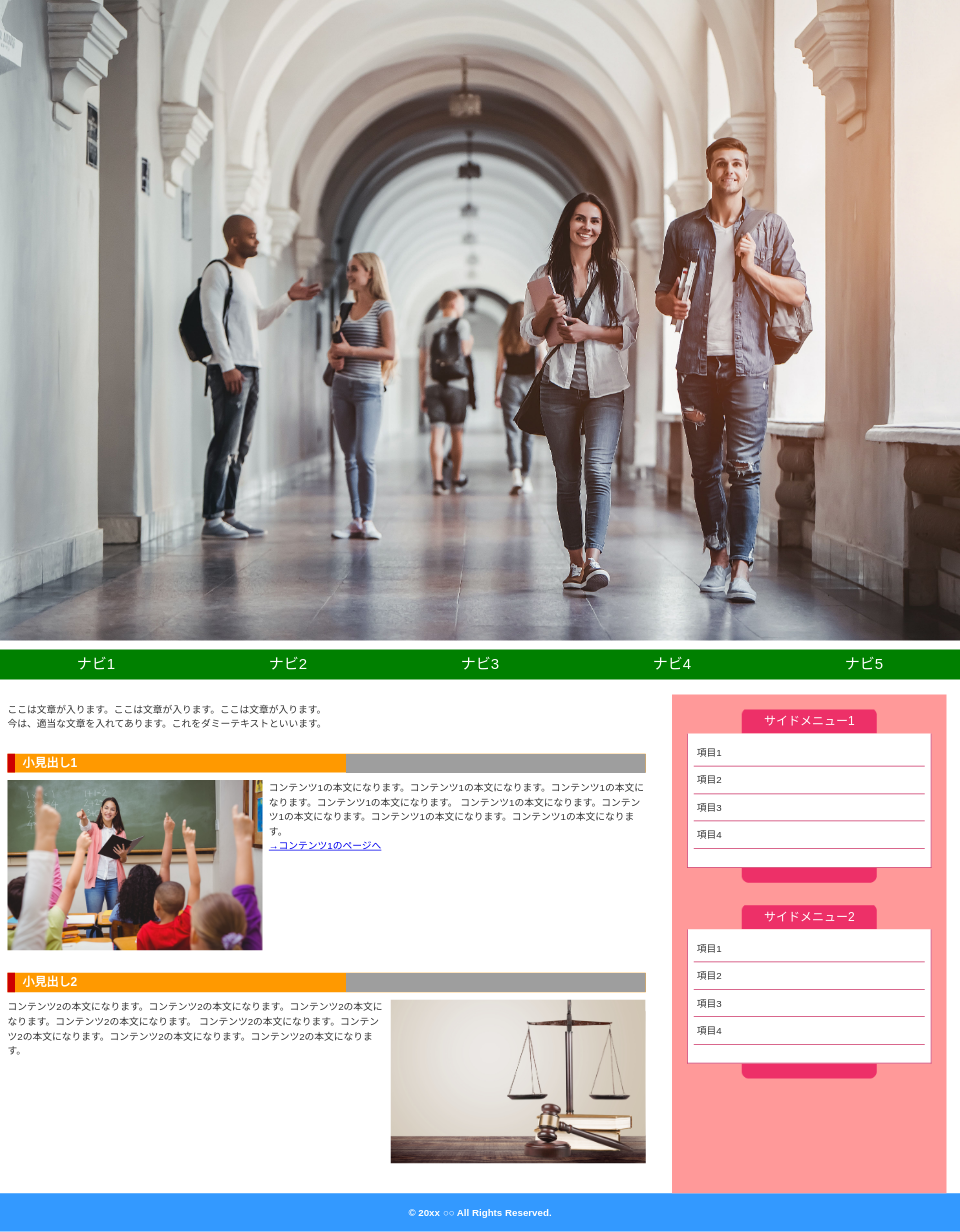
Repository: Yuuki-JP/samurai_HTML-CSS
Page: home.html
The author's editor kept a record of every edit. The page is drawn from the files as they stood at one moment, then again after the next edit.
The browser window is 1280 px wide. The pictures show the whole page, at 75% of full size.
Pictures or frames that could not be fetched are drawn as grey boxes.

Above is the page before.

### home.html
<!DOCTYPE html>
<html lang="ja">
    <head>
        <meta charset="UTF-8">
        <title>HTML/CSSの学習</title>
        <link rel="stylesheet" href="stylesheet.css">
    </head>
    <body>
        <div id="header">
            <h1><a href="index.html"><img id="corridor" src="images/corridor.jpg" alt="大学の廊下" /></a></h1>
        </div>
        <div id="wrapper">
            <div id="nav">
                <ul>
                    <li><a href="home.html">ナビ1</a></li>
                    <li><a href="#">ナビ2</a></li>
                    <li><a href="#">ナビ3</a></li>
                    <li><a href="#">ナビ4</a></li>
                    <li><a href="#">ナビ5</a></li>
                </ul>
            </div>
            <div id="container">
                <div id="main">
                    <div class="post">
                        <p>ここは文章が入ります。ここは文章が入ります。ここは文章が入ります。<br />今は、適当な文章を入れてあります。これをダミーテキストといいます。</p>
                    </div>
                    <div class="post clearfix">
                        <h2>小見出し1</h2>
                        <img class="left" src="images/classroom.jpg" alt="授業風景" />
                        <p>
                            コンテンツ1の本文になります。コンテンツ1の本文になります。コンテンツ1の本文になります。コンテンツ1の本文になります。
                            コンテンツ1の本文になります。コンテンツ1の本文になります。コンテンツ1の本文になります。コンテンツ1の本文になります。
                        </p>
                        <p><a href="#">→コンテンツ1のページへ</a></p>
                    </div>
                    <div class="post clearfix">
                        <h2>小見出し2</h2>
                        <img class="right" src="images/scale.jpg" alt="天秤" />
                        <p>
                            コンテンツ2の本文になります。コンテンツ2の本文になります。コンテンツ2の本文になります。コンテンツ2の本文になります。
                            コンテンツ2の本文になります。コンテンツ2の本文になります。コンテンツ2の本文になります。コンテンツ2の本文になります。
                        </p>
                    </div>
                </div>
                <div id="side">
                    <div class="box">
                        <h2>サイドメニュー1</h2>
                        <div class="boxBody">
                            <ul>
                                <li>項目1</li>
                                <li>項目2</li>
                                <li>項目3</li>
                                <li>項目4</li>
                            </ul>
                        </div>
                    </div>
                    <div class="box">
                        <h2>サイドメニュー2</h2>
                        <div class="boxBody">
                            <ul>
                                <li>項目1</li>
                                <li>項目2</li>
                                <li>項目3</li>
                                <li>項目4</li>
                            </ul>
                        </div>
                    </div>
                </div>
            <!-- </div> -->
        </div>
        <div id="footer">
            <p>&copy; 20xx ○○ All Rights Reserved.</p>
        </div>
    </body>
</html>

### stylesheet.css
@charset "utf-8";

body {
	margin: 0;
	padding: 0;
	font-family: "ヒラギノ角ゴ Pro W3", "Hiragino Kaku Gothic Pro", "メイリオ", Meiryo, Osaka, "ＭＳ Ｐゴシック", "MS PGothic", sans-serif;
	color: #333;
	font-size: 13px;
	line-height: 150%;
}

/* -------------------- wrapper -------------------- */
#wrapper {
	width: 100%;
	margin: auto;
	padding: 0px;
	border: 0px;
	background-color: #FFF;
	top: 10px;
	position: relative;
}

/* -------------------- header -------------------- */
#header {
	width: 100%;
}
#header h1 {
	margin: 0;
	padding: 0;
}

#corridor {
	width: 100%;
	height: auto;
}

/* -------------------- footer -------------------- */
#footer {
	clear: both;
	width: 100%;
	padding: 3px 0 3px 0;
	background: #39F;
	color: #FFF;
	font-weight: bold;
	text-align: center;
}

/* -------------------- nav -------------------- */
#nav {
	width: 100%;
}
#nav ul {
	display: flex;
	margin: 0;
	padding: 0;
	list-style-type: none;
}
#nav ul li {
	width: 20%;
	text-align: center;
}
#nav ul li a {
	display: block;
	height: 20px;
	margin: 0;
	padding: 10px;
	color: #FFF;
	font-size: 20px;
	text-decoration: none;
	background-color: green;
}

#nav ul li a:hover {
	filter: drop-shadow(10px 10px 10px black);
}

/* -------------------- container -------------------- */
#container {
	width: 100%;
	margin: auto ;
	padding: auto;
	padding-top: 20px;
	clear: both;
	display: grid;
	grid-template-columns: 70vw 30vw;
}
/* -------------------- main -------------------- */
#main {
	width: 95%;
	padding: 10px 30px 10px 10px;
}
#main h2 {
	margin: 0 0 10px 0;
	padding: 3px 10px 3px 10px;
	color: #FFF;
	font-size: 16px;
	border-left: solid 10px #C00;
	background: #F90 url(../images/main_h2.jpg) right top repeat-y;
}
#main p {
	margin: 0;
	padding: 0;
}
#main .post {
	margin: 0 0 30px 0;
}

#main .post img.right {
	margin: 0 0 0 8px;
}
#main .post img.left {
	margin: 0 8px 0 0;
}

.right {
	float: right;
	width: 40%;
	height: auto;
}
.left {
	float: left;
	width: 40%;
	height: auto;
}

/* -------------------- clearfix -------------------- */
.clearfix {
	zoom: 1;
}
.clearfix:after{
	content: "";
	display: block;
	clear: both;
}

/* -------------------- side -------------------- */
#side {
	width: 85%;
	padding: 20px;
	background-color: #F99;
}
#side .box {
	margin: 0 auto 30px auto;
	padding: 0 0 20px 0;
	background: url(images/side_box.png) bottom no-repeat;
}
#side .box h2 {
	margin: 0;
	padding: 8px;
	text-align: center;
	color: #fff;
	font-size: 16px;
	line-height: 16px;
	font-weight: normal;
	background: url(images/side_box_h2.png) center no-repeat;
}
#side .box .boxBody {
	padding: 8px;
	border-right: solid 1px #C36;
	border-bottom: solid 1px #C36;
	border-left: solid 1px #C36;
	background: #fff;
}
#side .box .boxBody ul {
	margin: 0 0 16px 0;
	padding: 0;
}
#side .box .boxBody ul li {
	padding: 8px 0 8px 4px;
	list-style: none;
	border-bottom: solid 1px #C36;
}

#side .box .boxBody ul li:hover {
	padding: 8px 0 8px 4px;
	list-style: none;
	border-bottom: solid 1px #C36;
	box-shadow: 0px 4px 4px rgba(0, 0, 0, 0.3);
}

After the next edit:
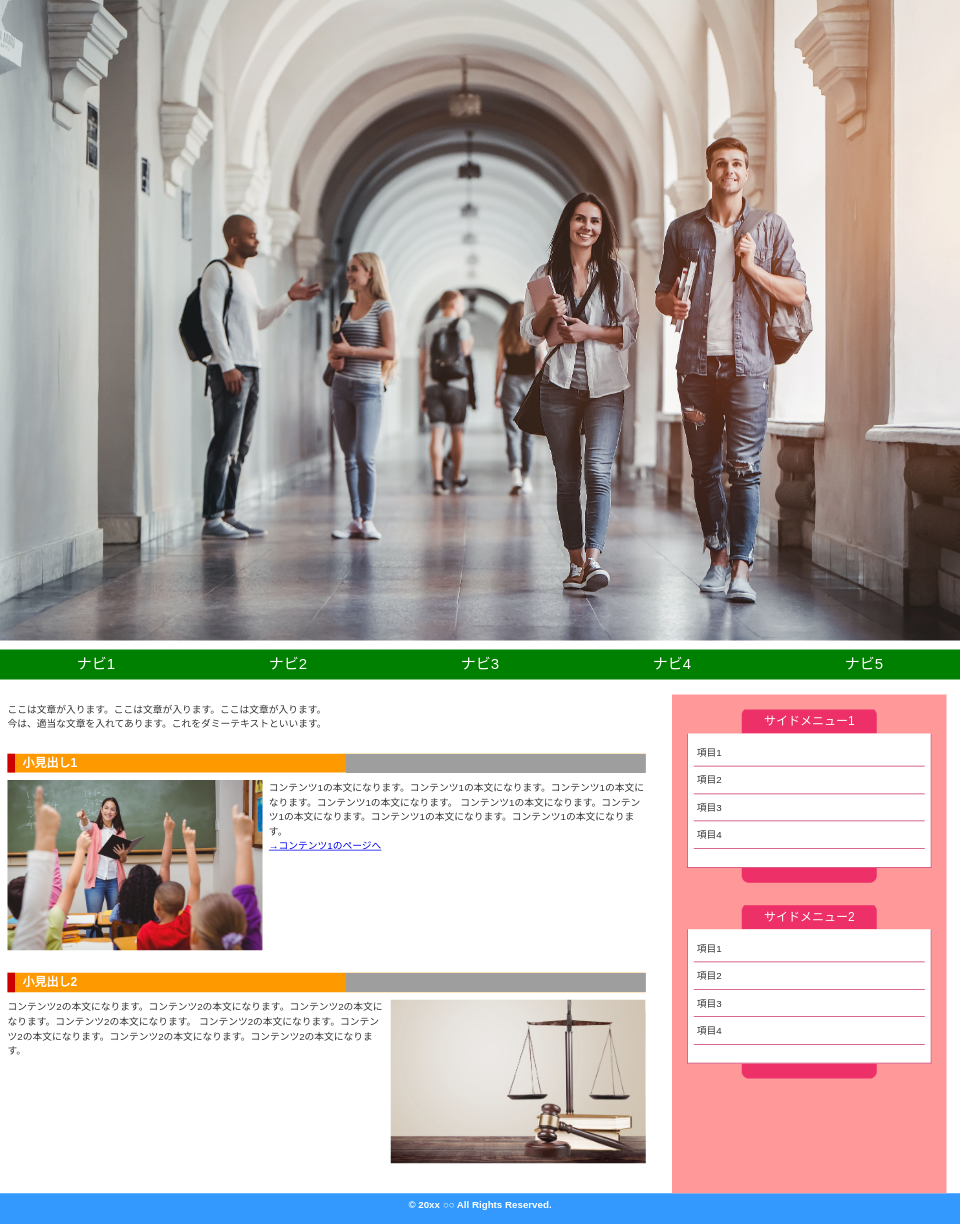
The edit:
--- a/home.html
+++ b/home.html
@@ -66,7 +66,7 @@
                         </div>
                     </div>
                 </div>
-            <!-- </div> -->
+            </div>
         </div>
         <div id="footer">
             <p>&copy; 20xx ○○ All Rights Reserved.</p>
